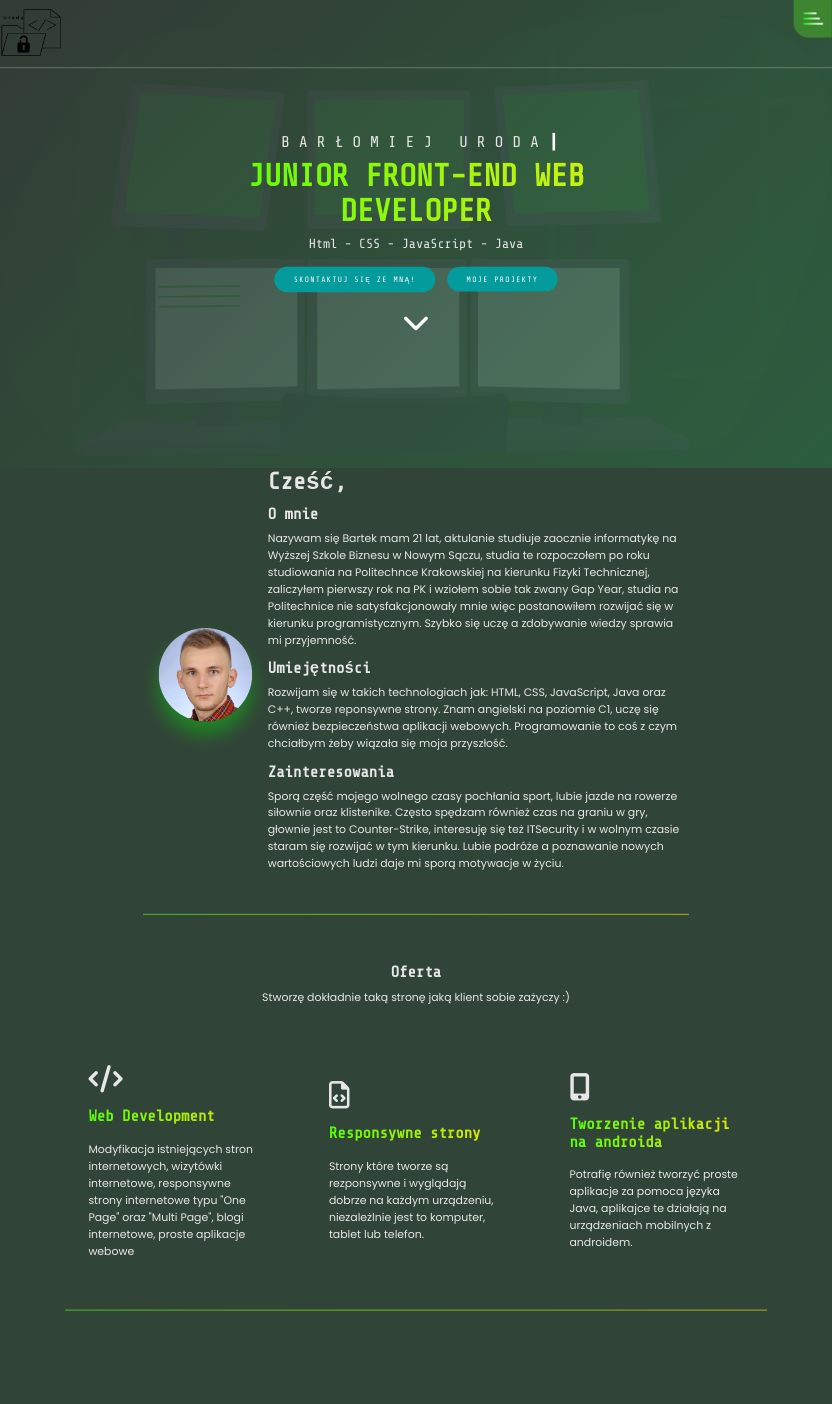
Repository: BartekUroda/portfolio
Page: index.html
An editor plug-in stored every save of this project. The page is shown before and after the next save, followed by the edit.
The browser window is 1280 px wide. The pictures show the whole page, at 65% of full size.
Some web libraries are served in a nearby version.

Above is the page before, as saved 2020-10-27 21:23:58.

### index.html
<!DOCTYPE html>
<html lang="en">
<head>
    <meta charset="UTF-8">
    <meta name="viewport" content="width=device-width, initial-scale=1.0">
    <title>Portfolio | Bartek Uroda</title>
    <link rel="stylesheet" type="text/css" href="css/style.css">
    <link href="https://fonts.googleapis.com/css2?family=Poppins&sfamily=Share+Tech+Mono&display=swap" rel="stylesheet">
    <script src="https://kit.fontawesome.com/056e5c10dc.js" crossorigin="anonymous"></script>
    <link rel="shortcut icon" type="image/x-icon" href="images/favicon.ico" />
</head>
<body>
    <header>
        <div class="container">
            <nav>
                <div class="nav-brand">
                    <a href="index.html">
                        <img src="images/logo.png" alt="Uroda">
                    </a>
                </div>
                <div class="burger-menu-icon">
                    <div class="line1"></div>
                    <div class="line2"></div>
                    <div class="line3"></div>
                </div>
                <ul class="nav-list">
                    <li class="nav-item">
                      <a href="#landing-page">
                        <img
                          src="images/profile.jpeg"
                          alt="Bartek Uroda"
                          class="profile-pic nav-link"
                        >
                        <span class="caption nav-link">Bartek Uroda</span>
                      </a>
                    </li>
                    <li class="nav-item">
                      <a href="#about" class="nav-link">O mnie</a>
                    </li>
                    <li class="nav-item">
                      <a href="#services" class="nav-link">Usługi</a>
                    </li>
                    <li class="nav-item">
                      <a href="#projects" class="nav-link">Projekty</a>
                    </li>
                    <li class="nav-item">
                      <a href="#contact" class="nav-link">Kontakt</a>
                    </li>
                    <li class="nav-item">
                      <a href="https://www.facebook.com/bartlomiej.uroda.3" target="_blank" class="nav-link">
                        <i class="fab fa-facebook"></i>
                      </a>
                      <a href="https://github.com/Urodii" target="_blank" class="nav-link">
                        <i class="fab fa-github"></i>
                      </a>
                      <a href="https://www.youtube.com/channel/UCzT1h5RNvmbtrmKT5hPjyAg?view_as=subscriber" target="_blank" class="nav-link">
                        <i class="fab fa-youtube"></i>
                      </a>
                    </li>
                  </ul>
            </nav>
        </div>
    </header>
    <main>
      <section id="landing-page" class="landing-page">
        <div class="container">
          <div class="main-message">
            <h2>Barłomiej Uroda</h2>
            <h3>Junior Front-End Web Developer</h3>
            <p>Html - CSS - JavaScript - Java</p>
            <div class="intro-btn">
              <div class="cta">
                <a href="#contact" class="btn">Skontaktuj się ze mną!</a>
              </div>
              <div class="cta">
                <a href="#projects" class="btn">Moje Projekty</a>
              </div>
            </div>
            <div>
              <a href="#about" class="scroll-down">
                <i class="fa fa-chevron-down" aria-hidden="true"></i>
              </a>
            </div>
          </div>
        </div>
      </section>
      <section id="about" class="about">
        <div class="container">
          <div class="about-img">
            <img
              src="images/profile.jpeg"
              alt="Bartek Uroda"
              class="about-pic"
            />
          </div>
          <div class="about-text-box">
            <h2>Cześć,</h2>
            <h3>O mnie</h3>
            <p>
              Nazywam się Bartek mam 21 lat, aktulanie studiuje zaocznie informatykę
              na Wyższej Szkole Biznesu w Nowym Sączu, studia te rozpoczołem po roku studiowania
              na Politechnce Krakowskiej na kierunku Fizyki Technicznej, zaliczyłem pierwszy rok na PK
              i wziołem sobie tak zwany Gap Year, studia na Politechnice nie satysfakcjonowały
              mnie więc postanowiłem rozwijać się w kierunku programistycznym. Szybko się uczę a zdobywanie wiedzy sprawia mi przyjemność.
            </p>
            <h3>Umiejętności</h3>
            <p>
              Rozwijam się w takich technologiach jak: HTML, CSS, JavaScript, Java oraz C++,
              tworze reponsywne strony. Znam angielski na
              poziomie C1, uczę się również bezpieczeństwa aplikacji webowych.
              Programowanie to coś z czym chciałbym żeby wiązała się moja przyszłość.
            </p>
            <h3>Zainteresowania</h3>
            <p>
              Sporą część mojego wolnego czasy pochłania sport, lubie jazde na rowerze siłownie oraz klistenike.
              Często spędzam również czas na graniu w gry, głownie jest to Counter-Strike, interesuję się też ITSecurity
              i w wolnym czasie staram się rozwijać w tym kierunku. Lubie podróże a poznawanie nowych
              wartościowych ludzi daje mi sporą motywacje w życiu.
            </p>
          </div>
        </div>
        <hr/>
      </section>
      <section id="services" class="services">
        <div class="container">
          <div class="title-heading">
            <h2>Oferta</h2>
            <p>
              Stworzę dokładnie taką stronę jaką klient sobie zażyczy :)
            </p>
          </div>
          <div class="service-tiers">
            <div class="tier-item">
              <i class="fa fa-code" aria-hidden="true"></i>
              <h2>Web Development</h2>
              <p>
                Modyfikacja istniejących stron internetowych,
                wizytówki internetowe,
                responsywne strony internetowe typu "One Page" oraz "Multi Page",
                blogi internetowe, proste aplikacje webowe
              </p>
            </div>
            <div class="tier-item">
              <i class="fa fa-file-code-o" aria-hidden="true"></i>
              <h2>Responsywne strony</h2>
              <p>
                Strony które tworze są rezponsywne i wyglądają dobrze na każdym urządzeniu,
                niezależlnie jest to komputer, tablet lub telefon.
              </p>
            </div>
            <div class="tier-item">
              <i class="fa fa-mobile" aria-hidden="true"></i>
              <h2>Tworzenie aplikacji na androida</h2>
              <p>
                Potrafię również tworzyć proste aplikacje za pomoca języka Java,
                aplikajce te działają na urządzeniach mobilnych z androidem.
              </p>
            </div>
          </div>
        </div>
        <hr />
      </section>
    </main>
 <script type="text/javascript" src="js/main.js"></script>
</body>
</html>

### css/style.css
/* ----------GLOBAL STYLES---------- */
*,
*::before,
*::after {
  margin: 0;
  padding: 0;
  box-sizing: inherit;
}
html {
    font-family: "Share Tech Mono", monospace;
    font-size: 12px;
    box-sizing: border-box;
    scroll-behavior: smooth;
    color: #e7e7e7;
    background: rgb(49, 68, 56);
}

a {
    text-decoration: none;
    color: rgb(3, 155, 23);
}

a:hover {
    color: rgba(249, 105, 14, 1);
}

ul {
    list-style: none;
}

p {
    font-size: 1.4rem;
}

img {
    width: 100%;
    max-width: 100%;
    height: auto;
}
/* ----------HEADER---------- */
header {
    width: 100%;
    height: 5rem;
    position: absolute;
    top: 0;
    left: 0;
    z-index: 1;
}
.contenier {
    width: 100%;
    max-width: 90rem;
    margin: 0 auto;
    padding: 0 1.5rem;
}
.nav-brand {
    width: 8rem;
}
nav {
    width: 100%;
    display: flex;
    align-items: center;
    justify-content: space-between;
    padding: 1rem 0;
    border-bottom: 2px solid rgba(255, 255, 255, .2);
}
.line1 {
    width: 20px;
    height: 3px;
    margin: 5px 0;
    background: linear-gradient(
      135deg,
      rgb(27, 218, 10) 0%,
      rgb(255, 255, 255) 100%
    );
}
.line2 {
    width: 25px;
    height: 3px;
    background: linear-gradient(
      135deg,
      rgb(27, 218, 10) 0%,
      rgb(255, 255, 255) 100%
    );
}
.line3 {
    width: 30px;
    height: 3px;
    margin: 5px 0;
    background: linear-gradient(
      135deg,
      rgb(27, 218, 10) 0%,
      rgb(255, 255, 255) 100%
    );
}
.burger-menu-icon {
    cursor: pointer;
    z-index: 999;
    position: fixed;
    right: 0;
    top: 0;
    background-color: rgba(67, 145, 47, 0.815);
    padding: 1.2rem;
    border-radius: 0% 0% 0% 40%;
}
.profile-pic {
    height: 9rem;
    width: auto;
    border-radius: 50%;
    display: block;
    margin: 1.5rem 0;
}
.caption {
    display: block;
}
.nav-list {
    width: 24rem;
    height: 100vh;
    background-color:  rgb(69, 85, 75);
    position: fixed;
    top: 0;
    right: -26rem;
    display: flex;
    flex-direction: column;
    align-items: center;
    justify-self: start;
    z-index: 998;
    transition: all 650ms ease-in-out;
}
.nav-list.active {
    right: 0;
}
.nav-item {
    margin: 1.2rem 0;
}
.nav-link {
    opacity: 0;
    font-size: 1.3rem;
    text-transform: uppercase;
    color: #cecece;
    letter-spacing: 1.5px;
}
.nav-link:hover {
    color: rgb(62, 248, 15);
}
.toggle {
    background: none;
}
.toggle .line1 {
    transform: rotate(-45deg) translate(-5px, 6px) scalex(2);
}
.toggle .line2 {
    opacity: 0;
}
.toggle .line3 {
    width: 20px;
    transform: rotate(45deg) translate(-5px, -6px) scalex(2);
    margin-left: 0px;
}
@keyframes navLinkAnimate {
    from{
        opacity: 0;
        transform: translate(50px);
    }
    to{
        opacity: 1;
        transform: translate(0px);
    }
}
/* ----------MAIN---------- */
.landing-page{
    width: 100%;
    height: 100vh;
    background: linear-gradient(
        135deg,
        rgba(50, 58, 52, 0.9) 0%,
        rgba(44, 100, 65, 0.8) 100%
    ),
    url('../images/mainpage.png') center no-repeat;
    background-size: contain;
    position: relative;
}
.main-message {
    width: 100%;
    max-width: 58rem;
    text-transform: uppercase;
    position: absolute;
    left: 50%;
    top: 50%;
    transform: translate(-50%, -50%);
    text-align: center;
}
.main-message h2 {
    letter-spacing: 1.2rem;
    font-size: 2rem;
    font-weight: 400;
    overflow: hidden;
    white-space: nowrap;
    animation: typing 5s steps(33), blink 1s ease-in-out 7s infinite;
    width: 33ch;
    margin: auto;
    border-right: 4px solid rgba(255, 255, 255, 1);
}
@keyframes typing {
    75% {
      width: 0ch;
      color: rgb(178, 249, 14);
    }
    100% {
      width: 33ch;
    }
}
@keyframes blink {
    0% {
      border-right: 4px solid rgba(255, 255, 255, 0);
    }
    100% {
      border-right: 4px solid rgb(194, 194, 194);
    }
}
.main-message h3 {
    font-size: 4rem;
    margin: 1rem 0;
    color: rgba(249, 105, 14, 1);
    background: linear-gradient(
      to right,
      rgb(87, 253, 9) 0%,
      rgb(217, 240, 17) 100%
    );
    -webkit-background-clip: text;
    -webkit-text-fill-color: transparent;
}
.main-message p {
    text-transform: none;
    font-size: 1.7rem;
    font-weight: 400;
}
.intro-btn {
    display: flex;
    justify-content: center;
}
.btn {
    margin: 0 9px;
    background: rgba(3, 155, 155);
    border-radius: 2rem;
    color: #fafafa;
    padding: 1rem 2.5rem;
    display: inline-block;
    margin-top: 2rem;
    transition: background-color 650ms;
    font-weight: 500;
    letter-spacing: 2px;
}
.btn:hover {
    color: #fafafa;
    background-color: rgb(176, 189, 0);
}
.scroll-down i {
    color: #fafafa;
    transition: color 650ms;
    margin-top: 2rem;
    font-size: 3.5rem;
}
.scroll-down i:hover {
    color: rgb(176, 189, 0);
}
/* ----------ABOUT--------- */
.about {
    width: 100%;
    min-height: 100vh;
    max-width: 70rem;
    margin: auto;
}
.about .container {
    display: flex;
    align-items: center;
    min-height: 80vh;
  }
.about-img img {
    height: 12rem;
    width: auto;
    border-radius: 50%;
    margin: 2rem;
    box-shadow: 0 20px 30px 0 rgba(4, 236, 4, 0.397);
  }
.about-text-box {
    flex-grow: 1;
    flex-shrink: 1;
    flex-basis: 0;
}
.about-text-box h2 {
    font-size: 3rem;
    margin-bottom: 15px;
}
.about-text-box h3 {
    font-size: 2rem;
    margin-bottom: 10px;
}
.about-text-box p {
    font-family: "Poppins", sans-serif;
    font-size: 1.4rem;
    padding: 0;
    margin-bottom: 1.45rem;
}
hr {
    margin: 4rem 0;
    background: linear-gradient(
      to right,
      rgb(87, 253, 9) 0%,
      rgb(231, 228, 6) 100%
    );
    border: 0;
    height: 1px;
}
/* ----------SERVICE--------- */
.services {
    padding: 3rem 0;
    min-height: 100vh;
    max-width: 90rem;
    margin: auto;
}
.title-heading {
    text-align: center;
    margin-bottom: 5rem;
}
.title-heading h2 {
    font-size: 2rem;
    margin: 0.5rem 0 1rem 0;
}
.title-heading p {
    font-family: "Poppins", sans-serif;
    margin-bottom: 5rem;
}
.service-tiers {
    display: grid;
    grid-template-columns: repeat(auto-fit, minmax(25rem, 1fr));
    gap: 2.5rem;
}
.tier-item {
    height: 30rem;
    padding: 3rem;
    position: relative;
    display: flex;
    flex-direction: column;
    justify-content: center;
    cursor: default;
}
.tier-item i {
    font-size: 3.5rem;
}
.tier-item h2 {
    font-size: 2rem;
    margin: 2rem 0;
    background: linear-gradient(
      to right,
      rgb(87, 253, 9) 0%,
      rgb(231, 228, 6) 100%
    );
    -webkit-background-clip: text;
    -webkit-text-fill-color: transparent;
}
.tier-item p {
    font-family: "Poppins", sans-serif;
    font-size: 1.4rem;
}

### js/main.js
//eselect elements
const selectElement = (s) => document.querySelector(s);
const navLinks = document.querySelectorAll(".nav-link");

selectElement(".burger-menu-icon").addEventListener("click", () => {
    selectElement(".nav-list").classList.toggle("active");
    selectElement(".burger-menu-icon").classList.toggle("toggle")

    navLinks.forEach((link, index) => {
        if (link.style.animation){
            link.style.animation = ""
        }else{
            link.style.animation = `navLinkAnimate 0.5s ease forwards ${ index/7 + 0.5}s`
            console.log(index/7 + 0.5)
        }
    })
});

After the next save:
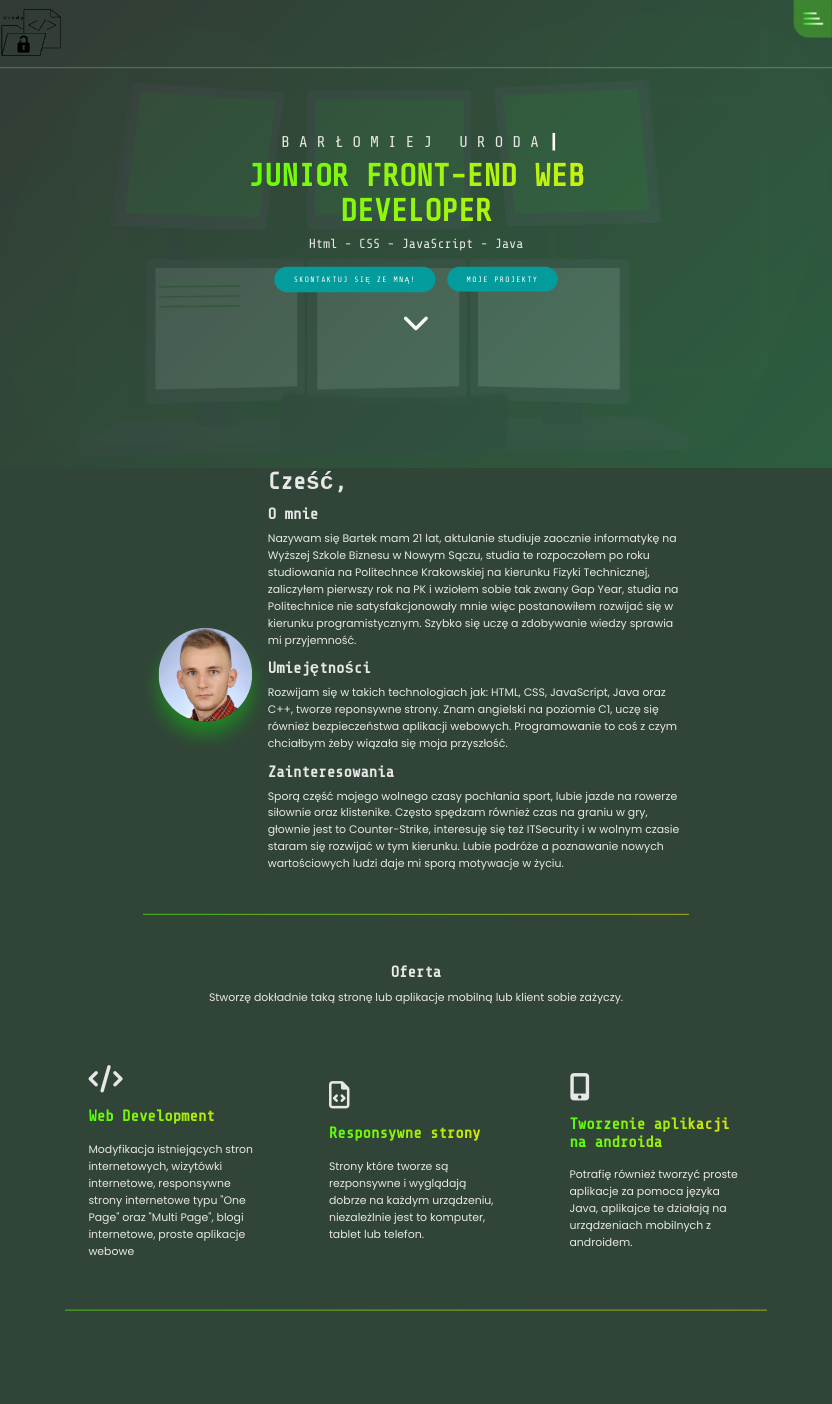
Saved 34 s later.
--- a/index.html
+++ b/index.html
@@ -126,7 +126,7 @@
           <div class="title-heading">
             <h2>Oferta</h2>
             <p>
-              Stworzę dokładnie taką stronę jaką klient sobie zażyczy :)
+              Stworzę dokładnie taką stronę lub aplikacje mobilną lub klient sobie zażyczy.
             </p>
           </div>
           <div class="service-tiers">
